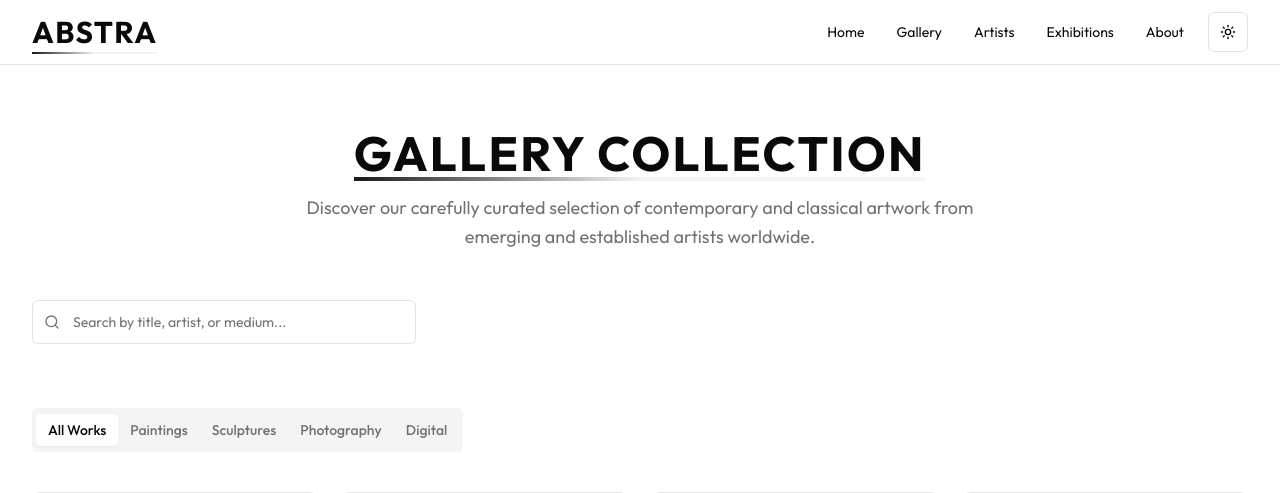
Repository: flow-ctrl369/gallery-cloneX
Page: /gallery
An editor plug-in stored every save of this project. The page is shown before and after the next save, followed by the edit.
The browser window is 1280 px wide. The pictures show the part of the page from y = 0 to 493 px (the page is 2168 px tall before and 1879 px after).
Pictures or frames that could not be fetched are drawn as grey boxes. The project was rebuilt for these pictures with package versions that can differ from the ones it lists, and the page was loaded fresh each time. The framework's server and built-in components were replaced by stand-ins that run in the browser. Also part of the build but not shown: next.config.mjs.

Above is the page before, as saved 2025-06-02 12:14:43.

After the next save:
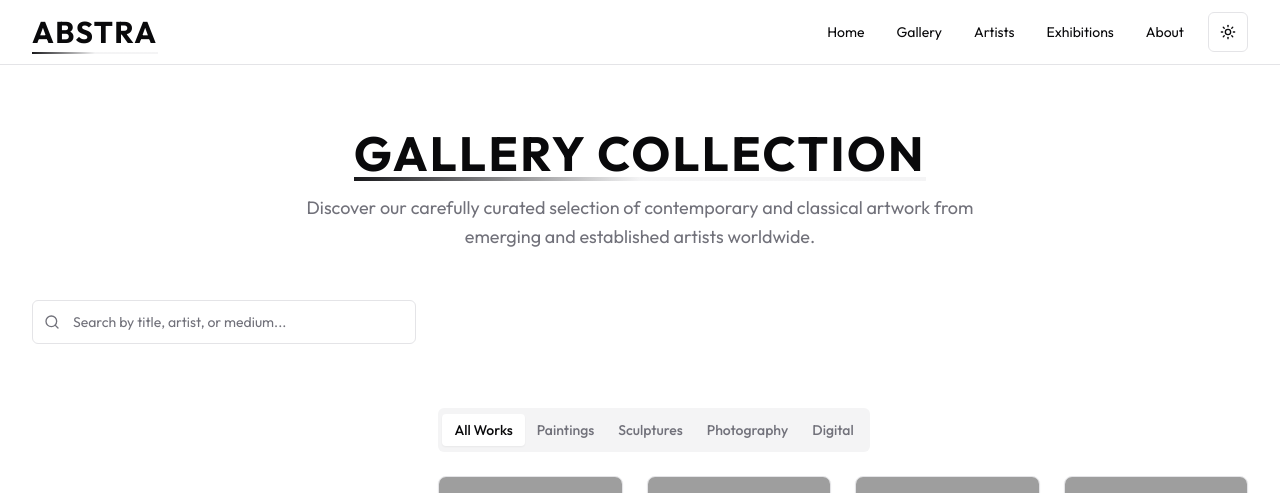
Saved 2 min 33 s later.
--- a/app/gallery/page.tsx
+++ b/app/gallery/page.tsx
@@ -39,30 +39,45 @@ export default function GalleryPage() {
 
       {/* Gallery Section */}
       <section className="max-w-7xl mx-auto">
-        <Tabs defaultValue="all" className="w-full">
-          <TabsList className="h-11 mb-8">
-            <TabsTrigger value="all">All Works</TabsTrigger>
-            <TabsTrigger value="paintings">Paintings</TabsTrigger>
-            <TabsTrigger value="sculptures">Sculptures</TabsTrigger>
-            <TabsTrigger value="photography">Photography</TabsTrigger>
-            <TabsTrigger value="digital">Digital</TabsTrigger>
-          </TabsList>
-          <TabsContent value="all">
-            <ArtworkGrid searchQuery={searchQuery} />
-          </TabsContent>
-          <TabsContent value="paintings">
-            <ArtworkGrid category="paintings" searchQuery={searchQuery} />
-          </TabsContent>
-          <TabsContent value="sculptures">
-            <ArtworkGrid category="sculptures" searchQuery={searchQuery} />
-          </TabsContent>
-          <TabsContent value="photography">
-            <ArtworkGrid category="photography" searchQuery={searchQuery} />
-          </TabsContent>
-          <TabsContent value="digital">
-            <ArtworkGrid category="digital" searchQuery={searchQuery} />
-          </TabsContent>
-        </Tabs>
+        <div className="flex flex-col md:flex-row justify-between items-start md:items-center gap-6 mb-8">
+          {/* Search and Filter Section - Search Input */}
+          <div className="relative w-full md:w-96">
+            <Search className="absolute left-3 top-1/2 -translate-y-1/2 h-4 w-4 text-muted-foreground" />
+            <Input
+              placeholder="Search by title, artist, or medium..."
+              className="pl-10 h-11 text-base"
+              value={searchQuery}
+              onChange={(e) => setSearchQuery(e.target.value)}
+            />
+          </div>
+
+          {/* Tabs List - Moved next to Search Input */}
+          <Tabs defaultValue="all" className="w-full md:w-auto">
+            <TabsList className="h-11">
+              <TabsTrigger value="all">All Works</TabsTrigger>
+              <TabsTrigger value="paintings">Paintings</TabsTrigger>
+              <TabsTrigger value="sculptures">Sculptures</TabsTrigger>
+              <TabsTrigger value="photography">Photography</TabsTrigger>
+              <TabsTrigger value="digital">Digital</TabsTrigger>
+            </TabsList>
+            {/* Tabs Content remains below */}
+            <TabsContent value="all" className="mt-6">
+              <ArtworkGrid searchQuery={searchQuery} />
+            </TabsContent>
+            <TabsContent value="paintings" className="mt-6">
+              <ArtworkGrid category="paintings" searchQuery={searchQuery} />
+            </TabsContent>
+            <TabsContent value="sculptures" className="mt-6">
+              <ArtworkGrid category="sculptures" searchQuery={searchQuery} />
+            </TabsContent>
+            <TabsContent value="photography" className="mt-6">
+              <ArtworkGrid category="photography" searchQuery={searchQuery} />
+            </TabsContent>
+            <TabsContent value="digital" className="mt-6">
+              <ArtworkGrid category="digital" searchQuery={searchQuery} />
+            </TabsContent>
+          </Tabs>
+        </div>
       </section>
     </main>
   )
